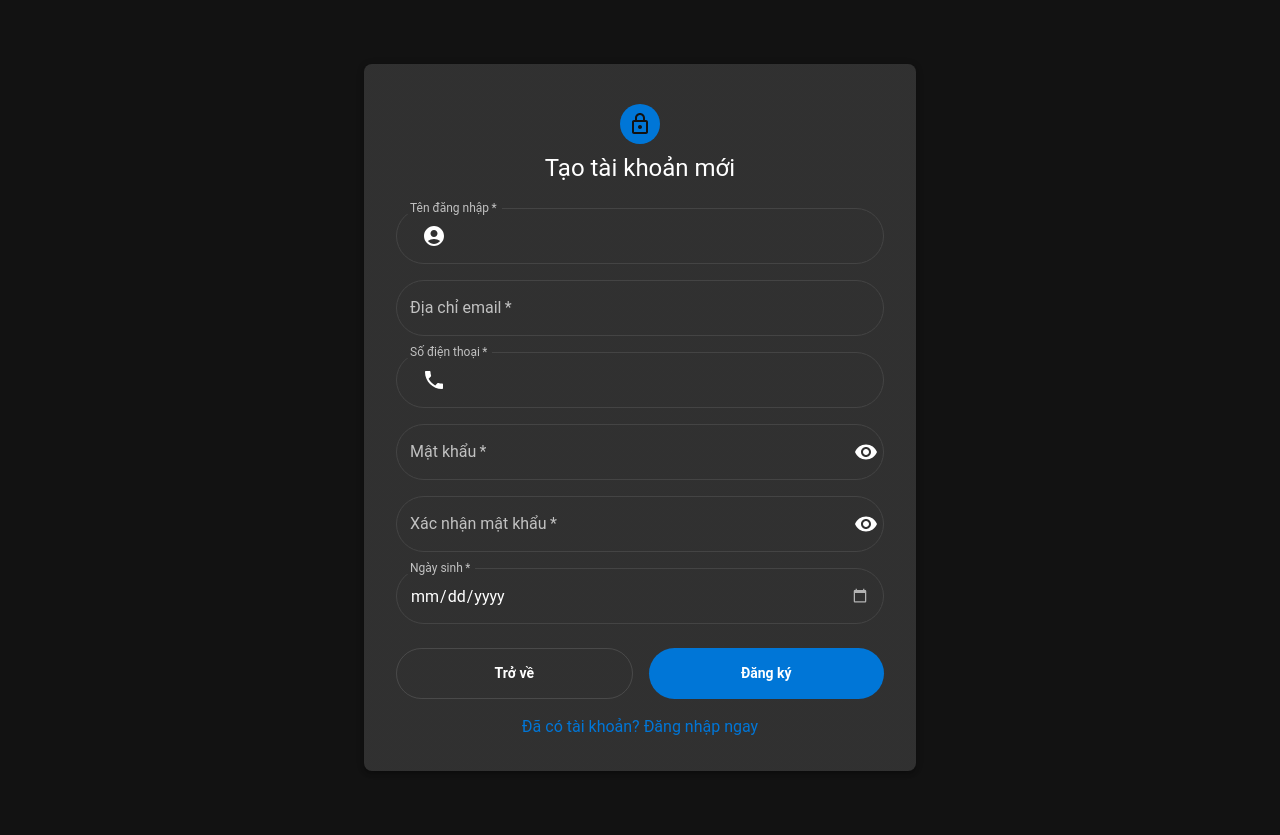
Repository: thtrunghau/ecommerce-ui-dacntt
Page: /auth/register
The author's editor kept a copy of each file at every save. The page is drawn from the files as they stood at one save, then again after the next save.
The browser window is 1280 px wide. The pictures show the whole page.
The project was rebuilt for these pictures with package versions that can differ from the ones it lists, and the page was loaded fresh each time. Also part of the build but not shown: vite.config.ts, src/mockData/mockData.ts, src/utils/helpers.ts, src/components/shared/NavDropdown.tsx, src/components/shared/UserMenu.tsx, src/components/shared/Header.tsx, src/components/common/RoundedButton.tsx, src/components/features/home/HeroSection.tsx and 7 more.

Above is the page before, as saved 2025-06-13 00:20:47.

After the next save:
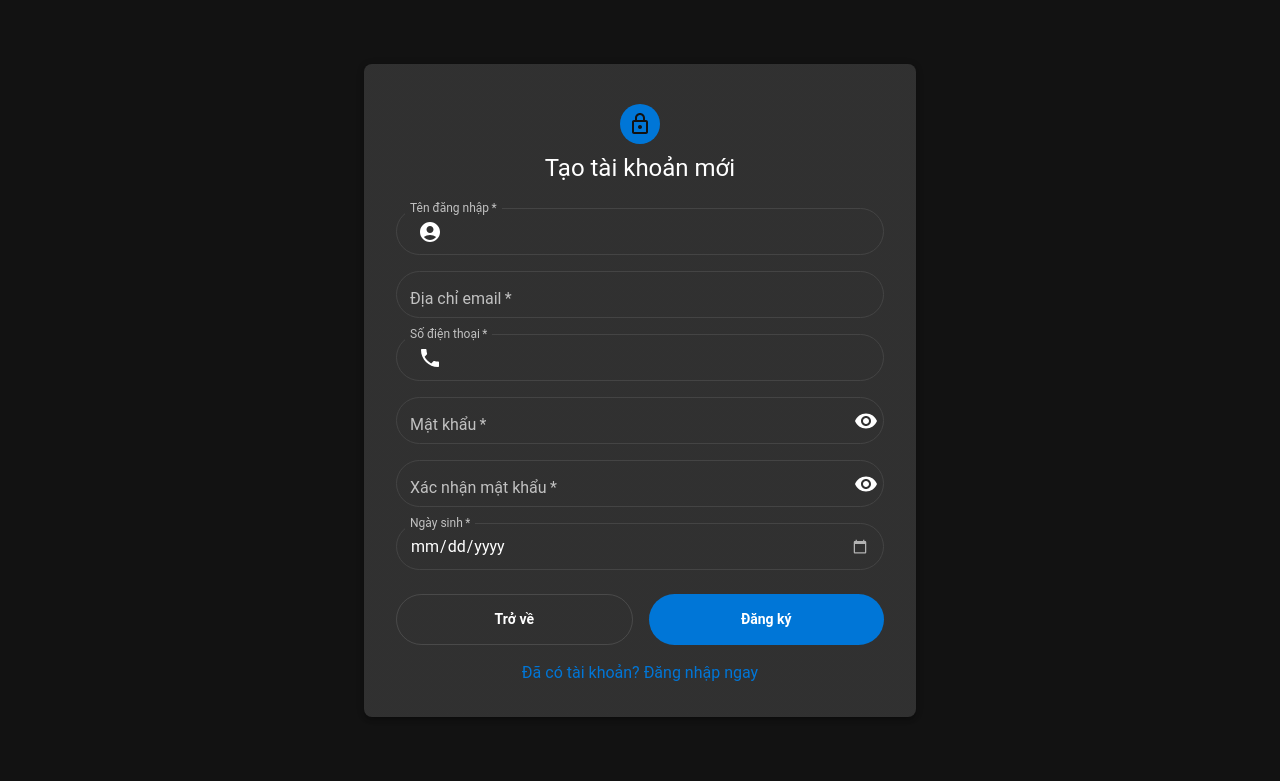
Saved 105 s later.
--- a/src/pages/auth/RegisterStandalone.tsx
+++ b/src/pages/auth/RegisterStandalone.tsx
@@ -41,12 +41,11 @@ const darkTheme = createTheme({
             "& fieldset": { borderRadius: "9999px", borderColor: "#444" },
             "&:hover fieldset": { borderColor: "#666" },
             "&.Mui-focused fieldset": { borderColor: "#0076d7" },
-          },
-          "& .MuiInputBase-input": {
-            padding: "16.5px 14px",
+          },          "& .MuiInputBase-input": {
+            padding: "12px 14px",
           },
           "& .MuiInputAdornment-root": {
-            marginLeft: "12px",
+            marginLeft: "8px",
             marginRight: "-4px",
           },
         },
